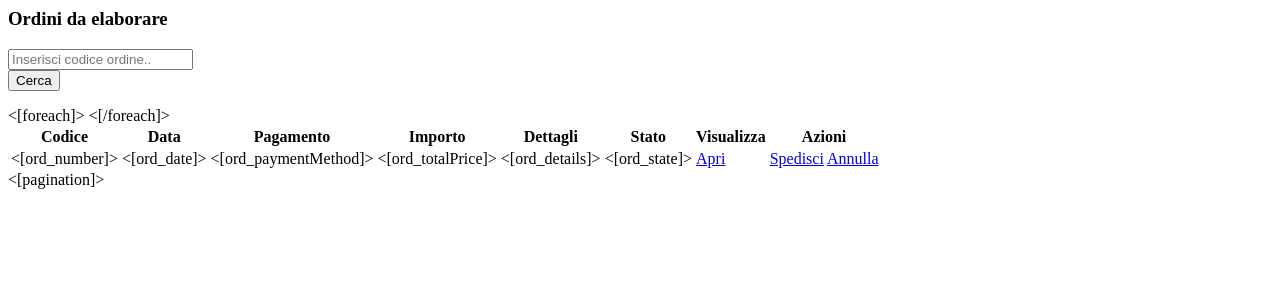
Repository: i4c0ni99/MotorShop
Page: skins/multikart_all_in_one/back-end/order.html
The author's editor kept a copy of each file at every save. The page is drawn from the files as they stood at one save, then again after a run of saves.
The browser window is 1280 px wide. The pictures show the whole page.

Above is the page before, as saved 2024-10-21 18:10:25.

After the next 2 saves:
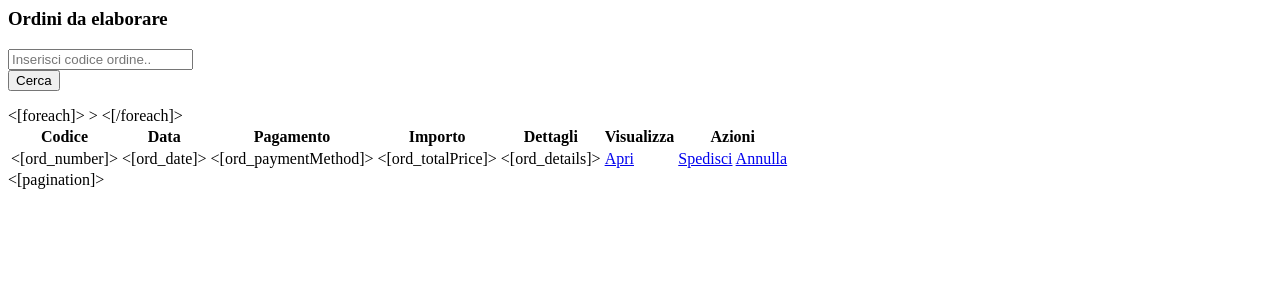
The 2 saves are shown as one change because they came seconds apart.
The last was saved 38 s later.
--- a/skins/multikart_all_in_one/back-end/order.html
+++ b/skins/multikart_all_in_one/back-end/order.html
@@ -42,7 +42,6 @@
                                             <th>Pagamento</th>
                                             <th>Importo</th>
                                             <th>Dettagli</th>
-                                            <th>Stato</th>
                                             <th>Visualizza</th>
                                             <th>Azioni</th>
                                         </tr>
@@ -54,8 +53,7 @@
                                             <td><[ord_date]></td>
                                             <td><[ord_paymentMethod]></td>
                                             <td><[ord_totalPrice]></td>
-                                            <td><[ord_details]></td>
-                                            <td><[ord_state]></td>
+                                            <td><[ord_details]></td>>
                                             <td><a href="/MotorShop/my-orders.php?id=<[ord_id]>" class="btn btn-primary">Apri</a></td>
                                             <td>
                                                 <a href="/MotorShop/orders-list.php?id=<[ord_id]>" class="btn btn-primary">Spedisci</a>
